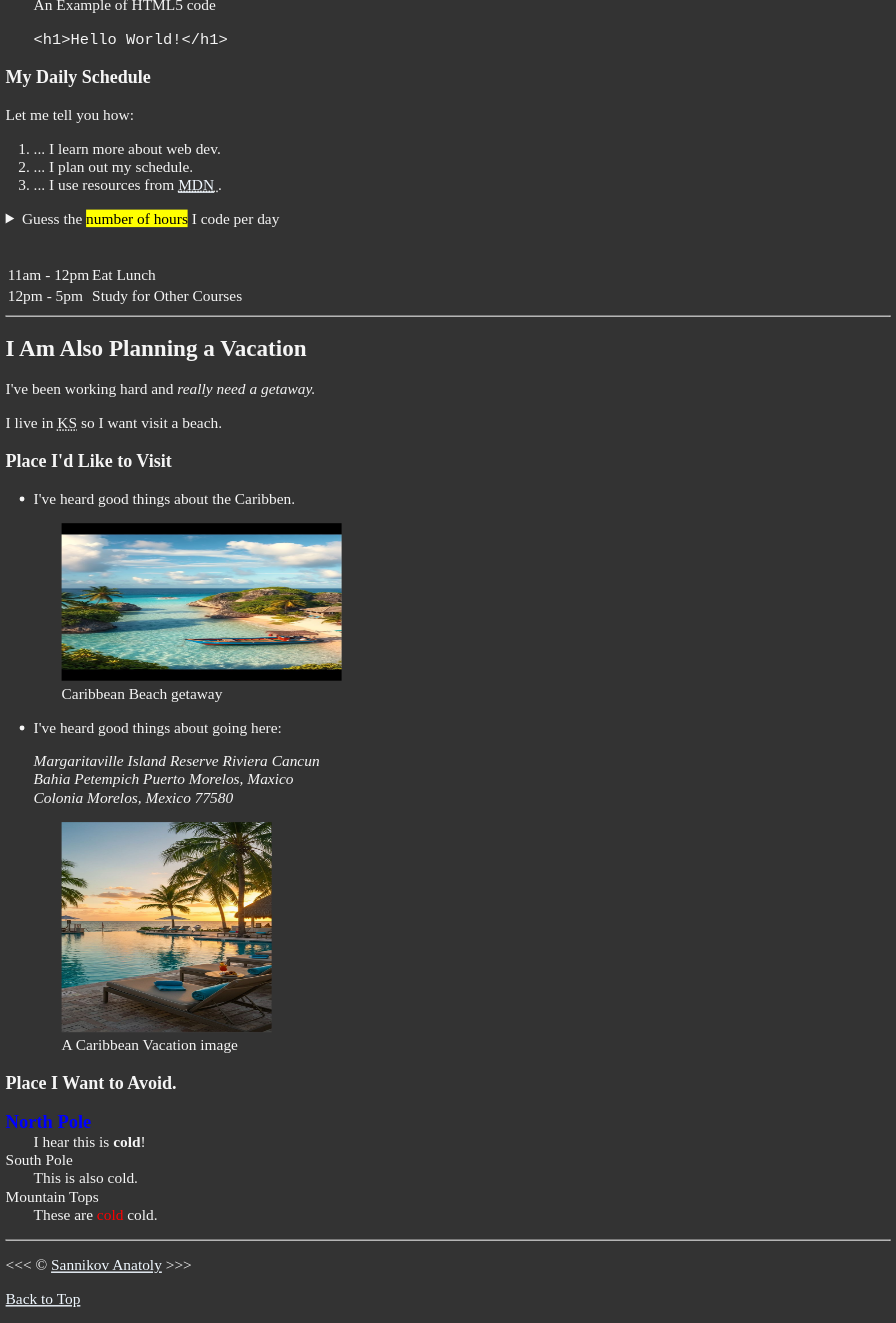
Repository: sannikovcode/exercises-a1
Page: JS/test1/task3/index.html
The author's editor kept a copy of each file at every save. The page is drawn from the files as they stood at one save, then again after the next save.
The browser window is 1280 px wide. The pictures show the part of the page from y = 718 to 2638 px (the page is 2608 px tall before and 2638 px after), at 70% of full size.

Above is the page before, as saved 2025-10-14 15:48:44.

### JS/test1/task3/index.html
<!DOCTYPE html>
<html lang="en">

<head>
  <meta charset="UTF-8">
  <meta name="author" content="Anatoly">
  <meta name="description" content="This page contains all the things. I am learning how to create as I learn HTML.">

  <title>First web page</title>

  <link rel="icon" href="html5.png" type="image/x-icon">
  <link rel="stylesheet" href="main.css" type="text/css">
</head>

<body>
  <header>
    <h1>My Goals for the Year</h1>

    <ol aria-label="primary-navigation">
      <li><a href="#html">Learn HTML</a></li>
      <li><a href="#vacation">Planning a Vacation </a></li>
    </ol>
  </header>
  <!-- ffasfasdfasdfafsdsfs -->

  <hr>
  <main>
    <article id="html">
      <h2>I'm Ready to Learn HTML</h2>
      <p>This is my first web page.</p>
      <section>
        <h3>HTML5</h3>
        <img src="img/html-logo.jpg" alt="HTML5 Logo" title="I am learning HTML5" width="300" height="300">
        <figure>
          <figcaption>An Example of HTML5 code</figcaption>
          <p>
            <code>&lt;h1&gt;Hello World!&lt;/h1&gt;</code>
          </p>
        </figure>
      </section>
      <section>
        <h3>My Daily Schedule</h3>
        <p>Let me tell you how:</p>
        <ol>
          <li>... I learn more about web dev.</li>
          <li>... I plan out my schedule.</li>
          <li>
            ... I use resources from
            <abbr title="Mozilla Developer Network">
              <a href="https://developer.mozilla.org/">MDN</a> </abbr>.
          </li>
        </ol>
        <aside>
          <details>
            <summary>Guess the <mark>number of hours</mark> I code per day</summary>
            <p>I start at <time datetime="08:00">8 am</time> and
              I write code for <time datetime="PT3H">3 hours</time> every morning</p>
          </details>
        </aside>
        <br>
        <br>
        <table>
          <tr>
            <td>
              <time datetime="11:00">11am</time> -
              <time datetime="12:00">12pm</time>
            </td>
            <td>Eat Lunch</td>
          </tr>
          <tr>
            <td>
              <time datetime="12:00">12pm</time> -
              <time datetime="17:00">5pm</time>
            </td>
            <td>Study for Other Courses</td>
          </tr>
        </table>



      </section>
    </article>

    <hr>
    <article id="Vacation">
      <h2>I Am Also Planning a Vacation</h2>
      <p>I've been working hard and <em>really need a getaway.</em></p>
      <p>I live in <abbr title="Kansas">KS</abbr> so I want visit a beach.</p>

      <section>
        <h3>Place I'd Like to Visit</h3>
        <ul>
          <li>
            <p>I've heard good things about the Caribben.</p>
            <figure>
              <img src="img/caribbean.jpg" alt="caribbean beach" title="I want to visit a caribbean" width="400"
                height="225" loading="lazy">
              <figcaption>Caribbean Beach getaway</figcaption>
            </figure>
          </li>
          <li>
            <p>I've heard good things about going here:</p>
            <address>
              Margaritaville Island Reserve Riviera Cancun<br>
              Bahia Petempich Puerto Morelos, Maxico<br>
              Colonia Morelos, Mexico 77580
            </address>

            <figure>
              <img src="img/vocation.jpg" alt="Cancun Vacation" title="I want a vacation" width="300" height="300"
                loading="lazy">
              <figcaption>
                A Caribbean Vacation image
              </figcaption>
            </figure>

          </li>
        </ul>
      </section>

      <!--TODO: Add more places-->


      <section>

        <h3>Place I Want to Avoid.</h3>
        <dl>
          <dt><span class="North">North Pole</span></dt>
          <dd>I hear this is <strong>cold</strong>!</dd>

          <dt>South Pole</dt>
          <dd>This is also cold.</dd>
          <dt>Mountain Tops</dt>
          <dd>These are <span style="color: red;">cold</span> cold.</dd>
        </dl>
      </section>
    </article>

  </main>

  <hr>

  <footer>
    <p>
      &lt;&lt;&lt; &copy; <a href="about.html">Sannikov Anatoly</a> &gt;&gt;&gt;
    </p>

    <p>
      <a href="#">Back to Top</a>
    </p>
  </footer>

</body>

</html>

### JS/test1/task3/main.css
html {
  font-size: 22px;
}

body {
  background-color: #333;
  color: whitesmoke;
}

a {
  color: aliceblue;
}

a:visited {
  color: lightgray;
}

a:hover,
a:active {
  color: #eee;
}

/*================ Мои эксперементы ================== */
  .North {
    color: blue;
    font-weight: bold;
    font-size: 1.2em;
}

After the next save:
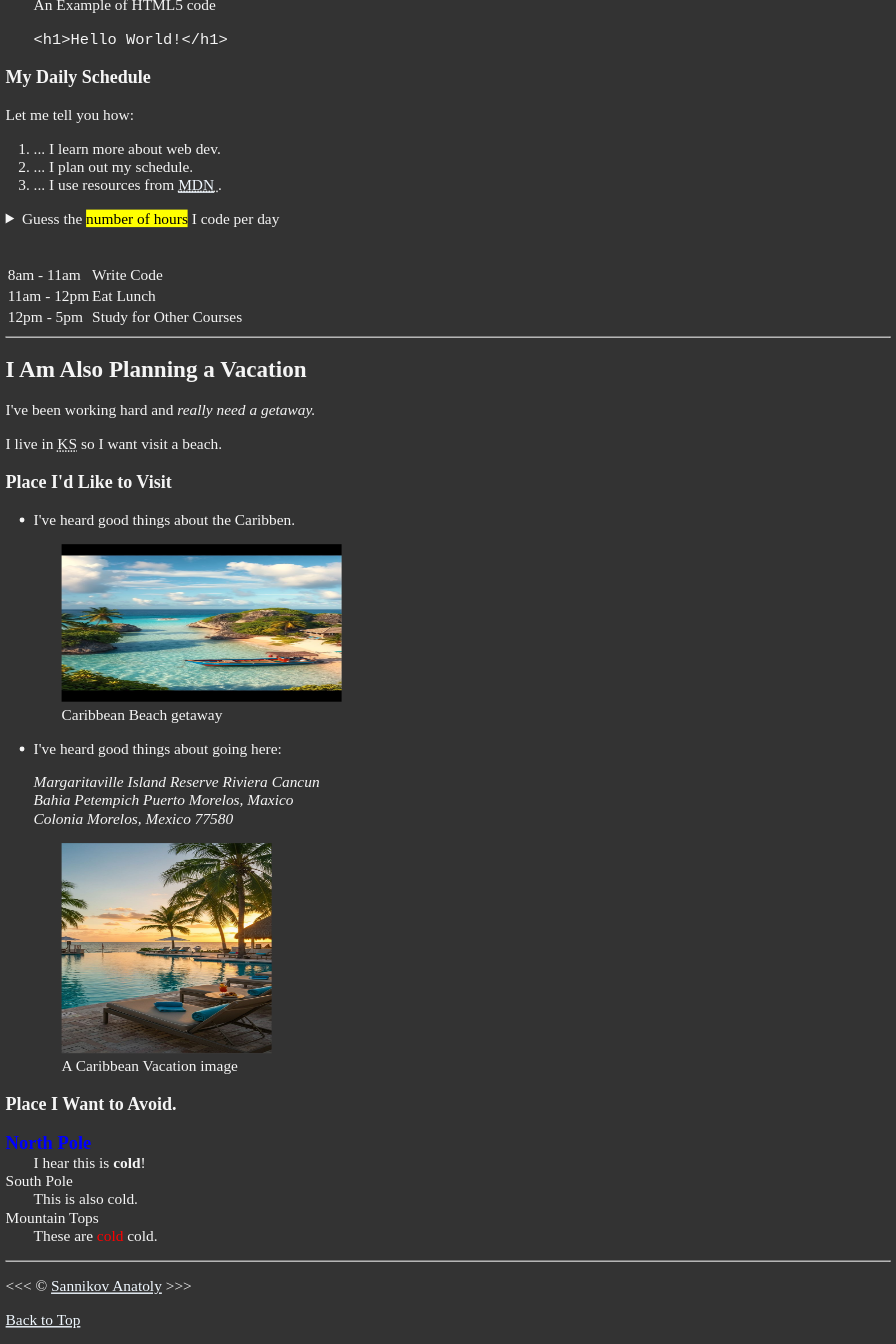
Saved 57 s later.
--- a/JS/test1/task3/index.html
+++ b/JS/test1/task3/index.html
@@ -60,6 +60,13 @@
         <br>
         <br>
         <table>
+          <tr>
+            <td>
+              <time datetime="08:00">8am</time> -
+              <time datetime="11:00">11am</time>
+            </td>
+            <td>Write Code</td>
+          </tr>
           <tr>
             <td>
               <time datetime="11:00">11am</time> -
